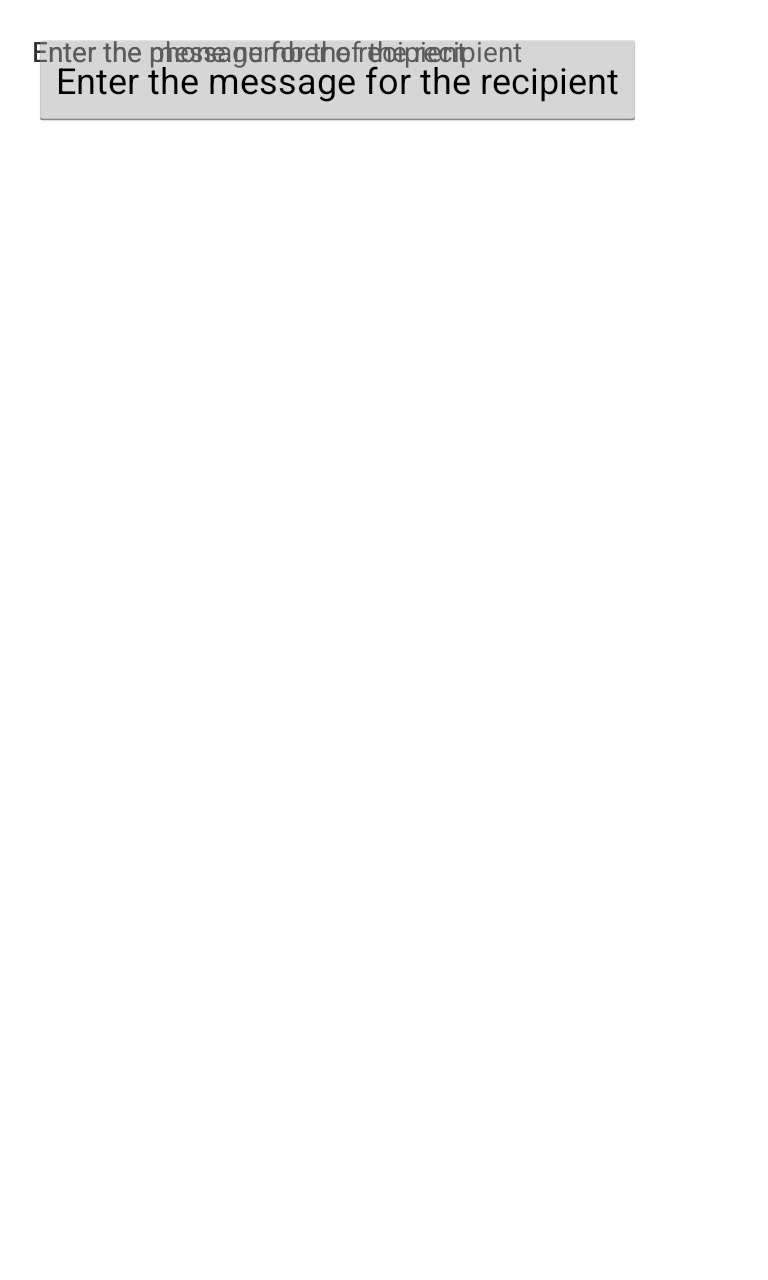
Repository: vedharish/PersonalProjects
Layout: RssToSms/res/layout/activity_send_sms.xml
These files come from the project's save history. The layout is drawn as it stood at one moment and after the next save; the edit follows.
It is drawn on a 768 x 1280 px phone screen (xhdpi) without system bars, with theme AppTheme; the app's code is not run.

Above is the layout before, as saved 2013-08-12 05:58:30.

After the next save:
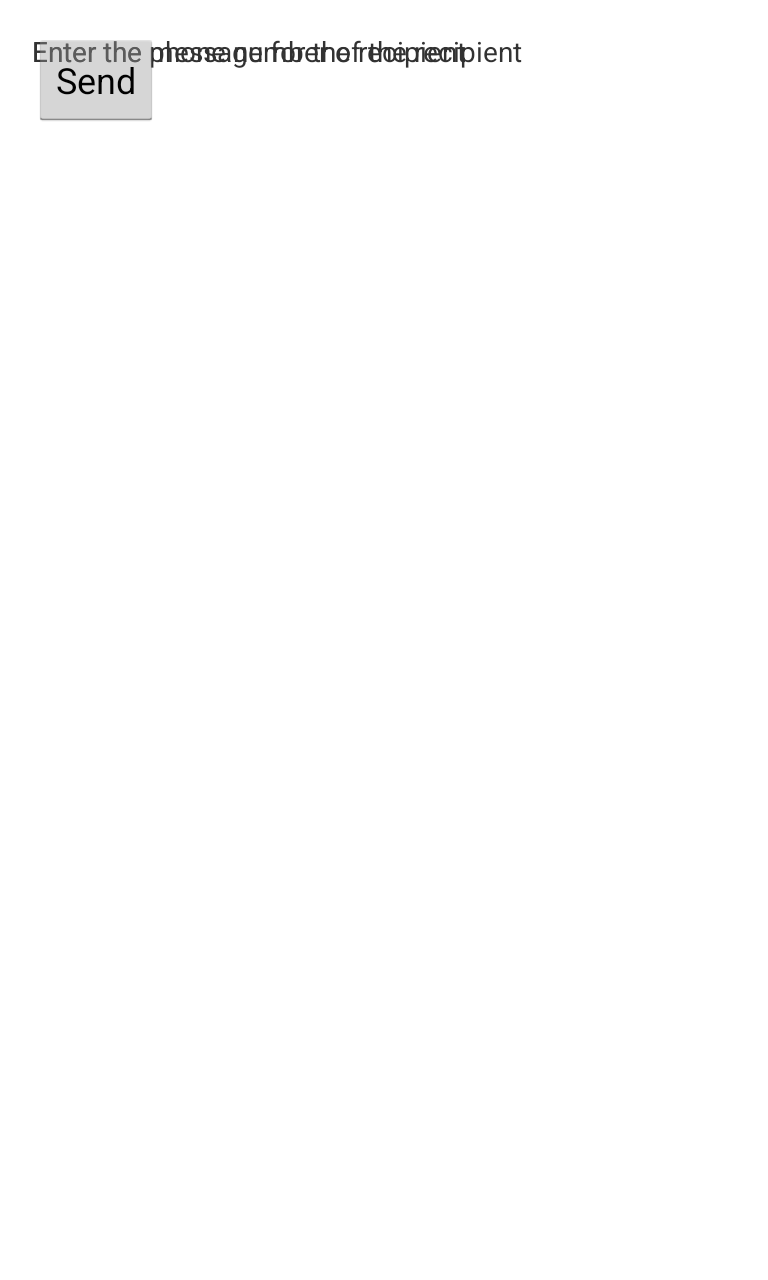
Saved 5 s later.
--- a/RssToSms/res/values/strings.xml
+++ b/RssToSms/res/values/strings.xml
@@ -5,6 +5,6 @@
     <string name="action_settings">Settings</string>
     <string name="phone_number_label">Enter the phone number of the recipient</string>
     <string name="message_label">Enter the message for the recipient</string>
-    <string name="button_label">Enter the message for the recipient</string>
+    <string name="button_label">Send</string>
 
 </resources>
